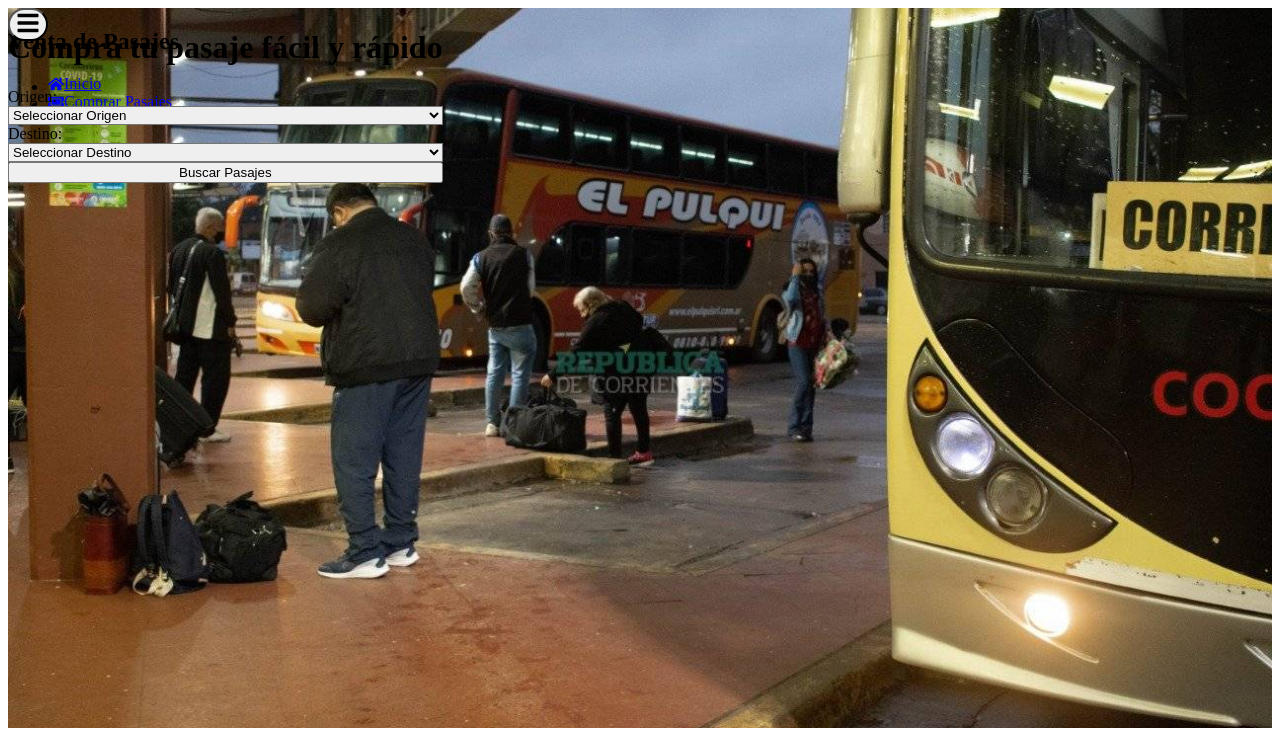
Repository: francoluca35/ventaboletos
Page: /
The author's editor kept a copy of each file at every save. The page is drawn from the files as they stood at one save, then again after the next save.
The browser window is 1280 px wide. The pictures show the whole page.
The page's requests for data from a server got no answer. The project was rebuilt for these pictures with package versions that can differ from the ones it lists, and the page was loaded fresh each time. The framework's server and built-in components were replaced by stand-ins that run in the browser. No one was signed in, and anything a server would have sent is missing. Also part of the build but not shown: next.config.mjs.

Above is the page before, as saved 2025-03-14 18:54:56.

### src/app/layout.js
import { Geist, Geist_Mono } from "next/font/google";
import "./globals.css";
import "./style/tailwinds.css"
const geistSans = Geist({
  variable: "--font-geist-sans",
  subsets: ["latin"],
});

const geistMono = Geist_Mono({
  variable: "--font-geist-mono",
  subsets: ["latin"],
});

export const metadata = {
  title: "Create Next App",
  description: "Generated by create next app",
};

export default function RootLayout({ children }) {
  return (
    <html lang="en">
      <body
        className={`${geistSans.variable} ${geistMono.variable} antialiased`}
      >
        {children}
      </body>
    </html>
  );
}

### src/app/page.js
import Inicio from "./pages/Inicio";


export default function Home() {
  return (
  <>
  <Inicio />
  </>
  );
}

### src/app/pages/Inicio/index.js
"use client";

import { useState, useEffect } from "react";
import Sidebar from "@/app/components/Sidebar";
import axios from "axios";

export default function Home() {
  const [origen, setOrigen] = useState("");
  const [destino, setDestino] = useState("");
  const [fechaDesde, setFechaDesde] = useState("");
  const [fechaHasta, setFechaHasta] = useState("");
  const [pasajes, setPasajes] = useState([]);
  const [origenesDisponibles, setOrigenesDisponibles] = useState([]);
  const [destinosDisponibles, setDestinosDisponibles] = useState([]);

  useEffect(() => {
    axios.get("http://localhost:5000/api/tickets")
      .then(response => {
        setPasajes(response.data);
        setOrigenesDisponibles([...new Set(response.data.map(ticket => ticket.origen))]);
        setDestinosDisponibles([...new Set(response.data.map(ticket => ticket.destino))]);
      })
      .catch(error => console.error("Error cargando viajes:", error));
  }, []);

  const buscarPasajes = () => {
    const resultados = pasajes.filter(ticket =>
      (origen ? ticket.origen.includes(origen) : true) &&
      (destino ? ticket.destino.includes(destino) : true) &&
      (!fechaDesde || new Date(ticket.fechaDesde) >= new Date(fechaDesde)) &&
      (!fechaHasta || new Date(ticket.fechaHasta) <= new Date(fechaHasta))
    );
    setPasajes(resultados);
  };

  return (
    <div className="relative w-full h-screen bg-cover bg-center" style={{ backgroundImage: "url('/fondo-pasajes.jpg')" }}>
      <Sidebar />
      <div className="absolute inset-0 bg-black bg-opacity-50 flex flex-col justify-center items-center">
        <h1 className="text-white text-4xl font-bold mb-6">Compra tu pasaje fácil y rápido</h1>

        <div className="bg-white p-6 rounded-lg shadow-lg w-full max-w-2xl">
          <div className="grid grid-cols-1 md:grid-cols-2 gap-4">
            <div>
              <label className="block text-gray-700">Origen:</label>
              <select className="w-full p-2 border rounded" value={origen} onChange={(e) => setOrigen(e.target.value)}>
                <option value="">Seleccionar Origen</option>
                {origenesDisponibles.map((origen, index) => (
                  <option key={index} value={origen}>{origen}</option>
                ))}
              </select>
            </div>

            <div>
              <label className="block text-gray-700">Destino:</label>
              <select className="w-full p-2 border rounded" value={destino} onChange={(e) => setDestino(e.target.value)}>
                <option value="">Seleccionar Destino</option>
                {destinosDisponibles.map((destino, index) => (
                  <option key={index} value={destino}>{destino}</option>
                ))}
              </select>
            </div>
          </div>

          <button onClick={buscarPasajes} className="w-full bg-blue-600 text-white p-3 rounded mt-4">Buscar Pasajes</button>
        </div>
      </div>
    </div>
  );
}

### src/app/components/Sidebar.js
'use client'
"use client"; // Importante si usas App Router

import Link from "next/link";
import { useState } from "react";
import { FaBars, FaTimes, FaHome, FaTicketAlt } from "react-icons/fa"; // ✅ Import correcto

const Sidebar = () => {
  const [isOpen, setIsOpen] = useState(false);

  return (
    <div className="flex">
      {/* Botón para abrir/cerrar */}
      <button
        onClick={() => setIsOpen(!isOpen)}
        className="fixed top-4 left-4 z-50 text-white bg-blue-600 p-2 rounded-full"
      >
        {isOpen ? <FaTimes size={24} /> : <FaBars size={24} />}
      </button>

      {/* Sidebar */}
      <div
        className={`fixed top-0 left-0 h-full w-64 bg-blue-800 text-white transition-transform ${
          isOpen ? "translate-x-0" : "-translate-x-64"
        }`}
      >
        <h2 className="text-xl font-bold p-4">Venta de Pasajes</h2>
        <ul className="mt-4 space-y-4">
          <li className="px-4 py-2 hover:bg-blue-700">
            <Link href="/" className="flex items-center gap-2">
              <FaHome /> Inicio
            </Link>
          </li>
          <li className="px-4 py-2 hover:bg-blue-700">
            <Link href="/tickets" className="flex items-center gap-2">
              <FaTicketAlt /> Comprar Pasajes
            </Link>
          </li>
        </ul>
      </div>
    </div>
  );
};

export default Sidebar;

### src/app/tickets/page.js
'use client'
import { useEffect, useState } from "react";
import axios from "axios";
import Navbar from "../components/Sidebar";

export default function Tickets() {
  const [tickets, setTickets] = useState([]);

  useEffect(() => {
    axios.get("http://localhost:5000/api/tickets")
      .then(response => setTickets(response.data))
      .catch(error => console.error("Error al obtener los tickets:", error));
  }, []);

  return (
    <div>
      <Navbar />
      <div className="container mx-auto mt-10">
        <h2 className="text-2xl font-bold mb-4">Lista de Pasajes Disponibles</h2>
        <ul className="grid grid-cols-1 md:grid-cols-2 gap-4">
          {tickets.map(ticket => (
            <li key={ticket.id} className="border p-4 rounded-lg shadow-md">
              <p><strong>Destino:</strong> {ticket.destino}</p>
              <p><strong>Precio:</strong> ${ticket.precio}</p>
              <button className="bg-green-600 text-white px-3 py-1 mt-2 rounded-md">
                Comprar
              </button>
            </li>
          ))}
        </ul>
      </div>
    </div>
  );
}

Loaded but not shown: src/app/globals.css (common file); src/app/style/tailwinds.css (common file)

After the next save:
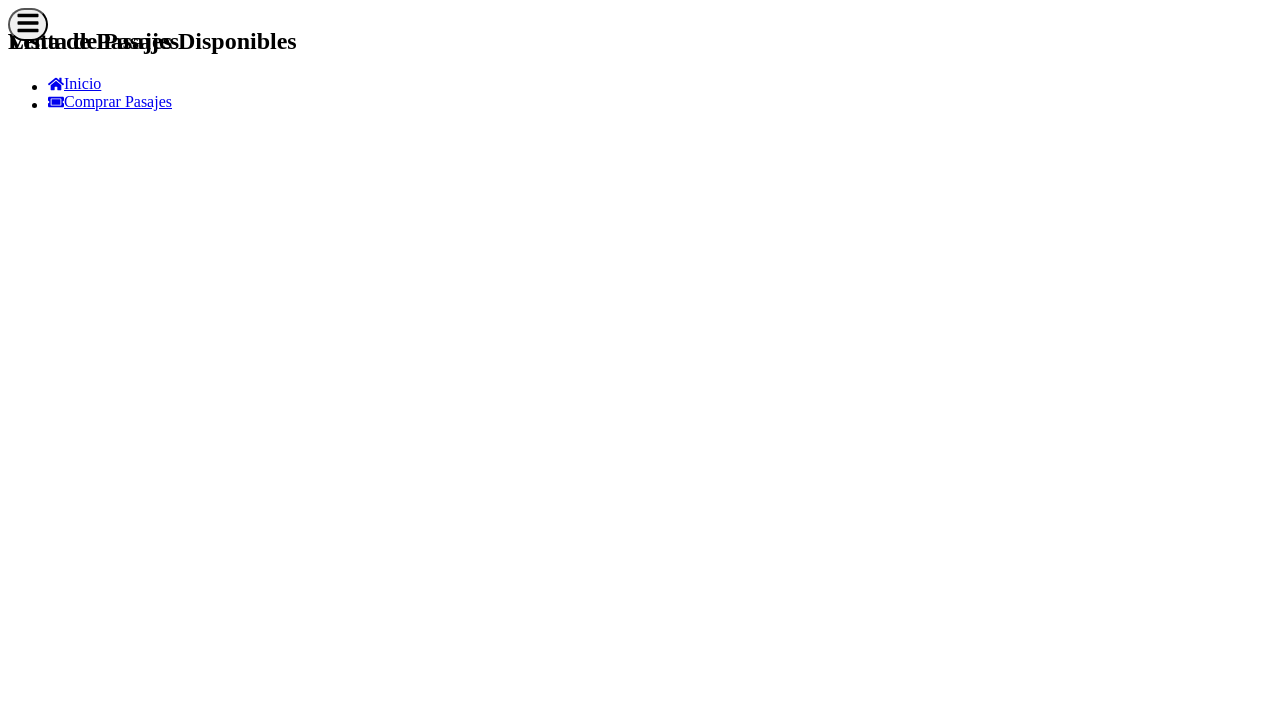
Saved 51 s later.
--- a/src/app/page.js
+++ b/src/app/page.js
@@ -1,10 +1,10 @@
-import Inicio from "./pages/Inicio";
+import Tickets from "./tickets/page";
 
 
 export default function Home() {
   return (
   <>
-  <Inicio />
+  <Tickets />
   </>
   );
 }
